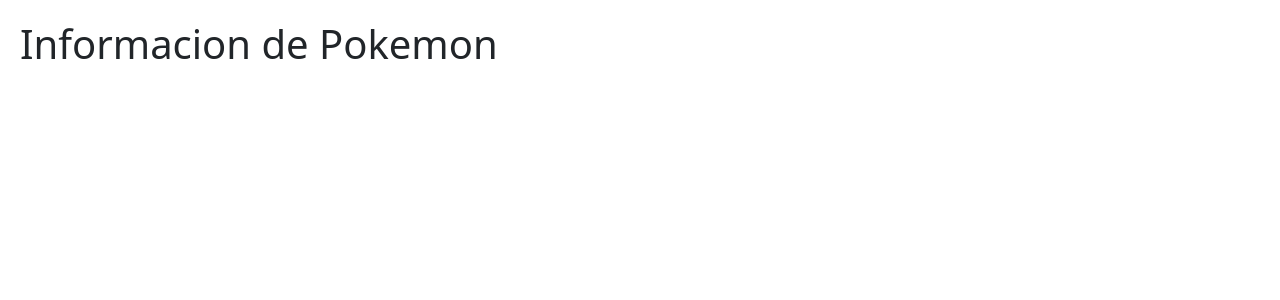
Repository: bryanesteban/hooks-App
Page: /
These files come from the project's save history. The page is drawn as it stood at one moment and after a run of saves; the edit follows.
The browser window is 1280 px wide. The pictures show the whole page.
The page's requests for data from a server got no answer. The project was rebuilt for these pictures with package versions that can differ from the ones it lists, and the page was loaded fresh each time. No one was signed in, and anything a server would have sent is missing. Also part of the build but not shown: vite.config.js, src/HooksApp.jsx, src/01-useState/CounterApp.jsx, src/hooks/useCounter.jsx, src/01-useState/CounterWithCustomHook.jsx, src/02-useEffect/Message.jsx, src/02-useEffect/SimpleForm.jsx, src/hooks/useForm.js and 1 more.

Above is the page before, as saved 2024-06-29 01:16:17.

After the next 2 saves:
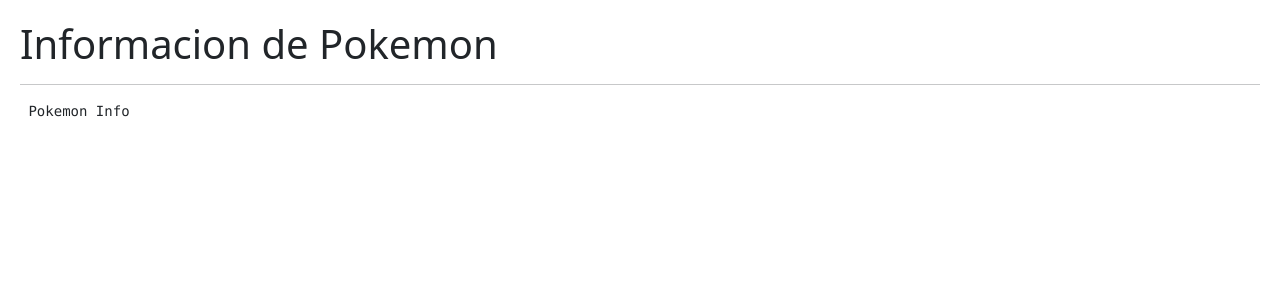
The 2 saves are shown as one change because 1 did not build or start.
The last was saved 79 s later.
--- a/src/03-examples/MultipleCustomHook.jsx
+++ b/src/03-examples/MultipleCustomHook.jsx
@@ -10,6 +10,11 @@
 
 
     return (
+    <>
     <h1>Informacion de Pokemon</h1>
+    <hr></hr>
+        <pre> Pokemon Info </pre>
+    </>
+
   )
 }
